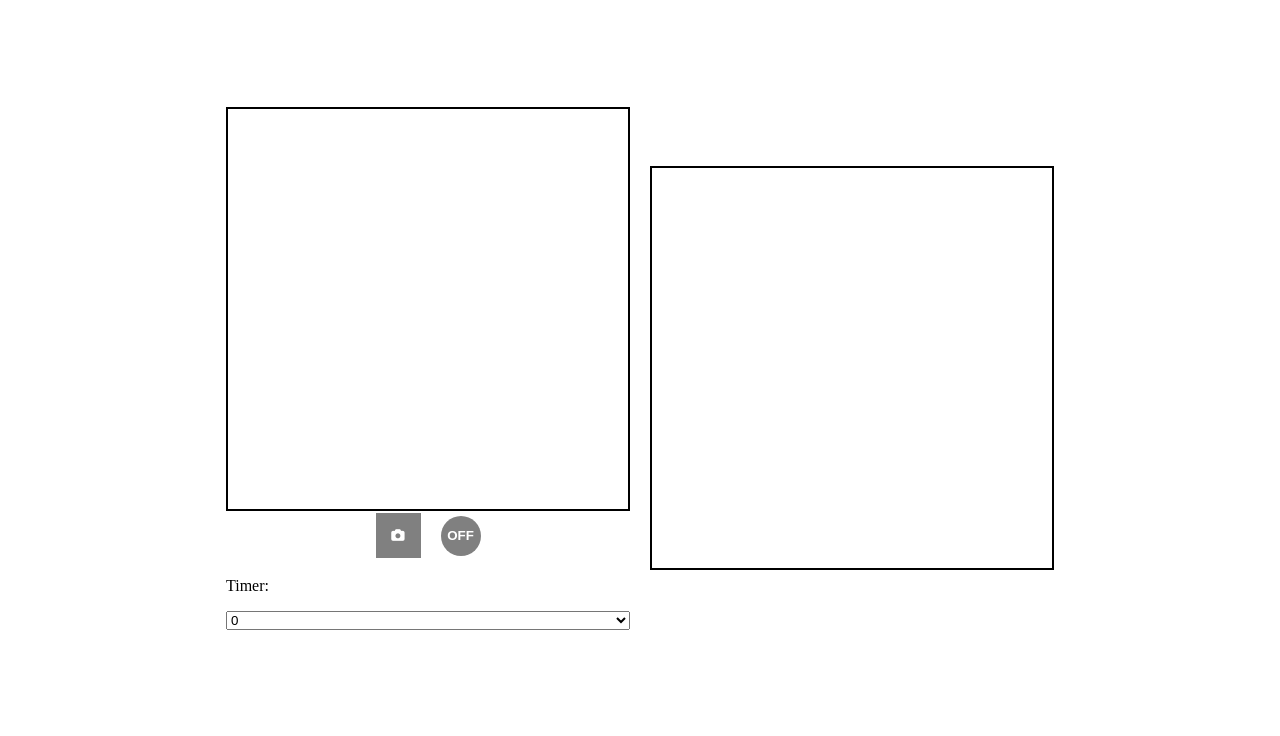
Repository: dmpelaez/photoBoothy
Page: Photobooth.html
An editor plug-in stored every save of this project. The page is shown before and after the next save, followed by the edit.
The browser window is 1280 px wide. The pictures show the whole page.
Some web libraries are served in a nearby version.

Above is the page before, as saved 2025-12-16 23:18:18.

After the next save:
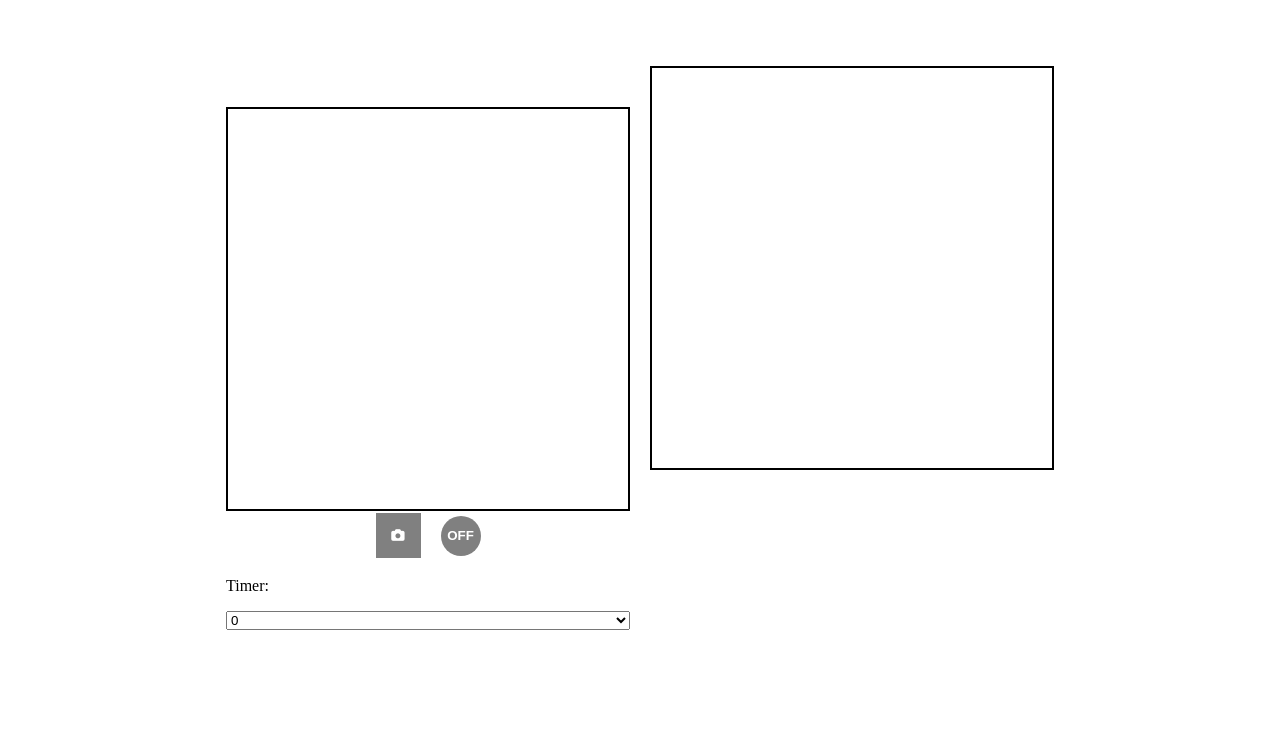
Saved 41 s later.
--- a/Photobooth.css
+++ b/Photobooth.css
@@ -24,7 +24,9 @@ body {
   height: 400px;
   width: 400px;
 }
-
+#canvas-image {
+  margin-bottom: 200px;
+}
 #video {
   display: grid;
 }
